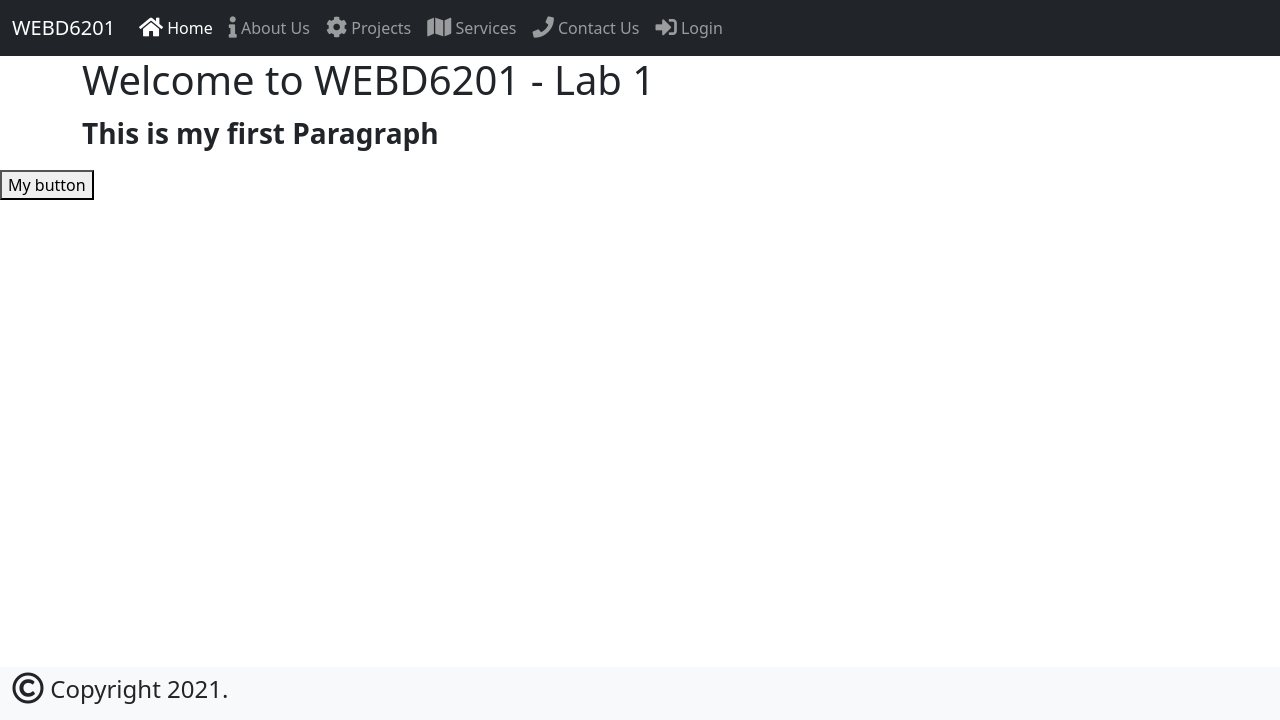
Repository: aphim/webd6201ICE6
Page: indexold.html
These files come from the project's save history. The page is drawn as it stood at one moment and after the next save; the edit follows.
The browser window is 1280 px wide. The pictures show the whole page.

Above is the page before, as saved 2021-03-03 08:34:00.

After the next save:
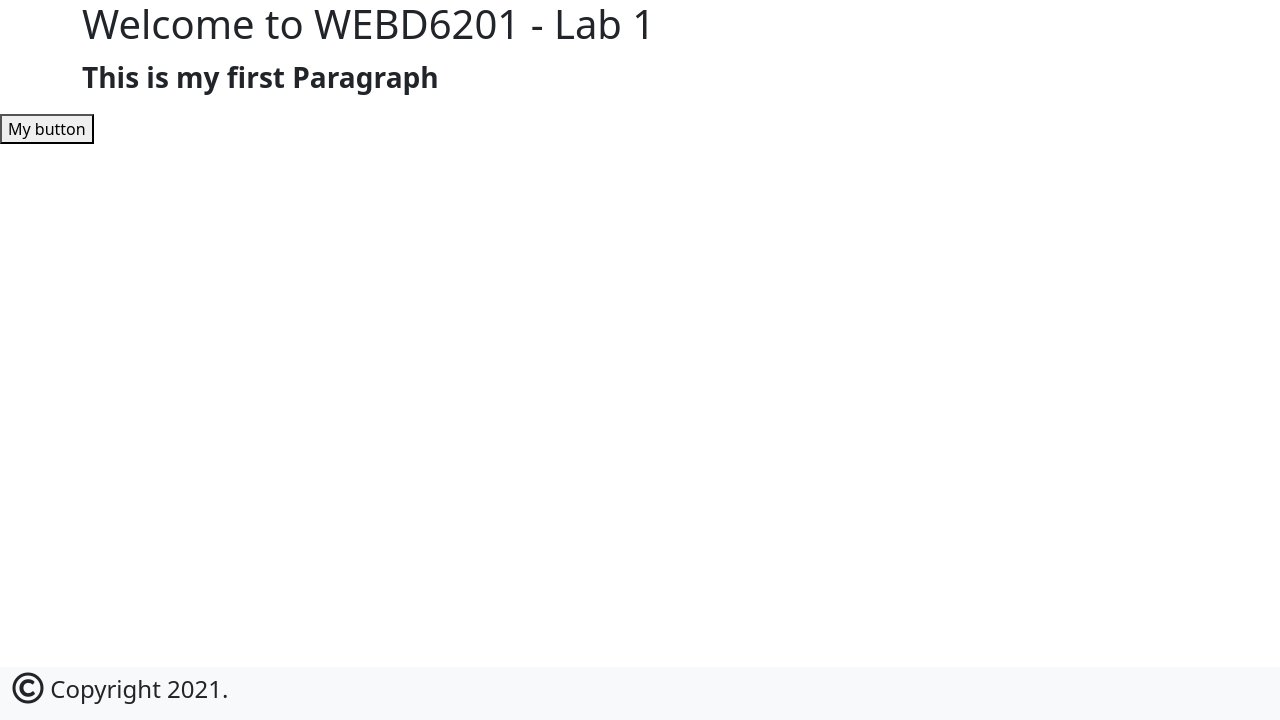
Saved 56 s later.
--- a/indexold.html
+++ b/indexold.html
@@ -11,44 +11,7 @@
 </head>
 <body>
     <!-- Main Header -->
-    <header>
-        <!-- Main Navigation -->
-        <nav class="navbar navbar-expand-lg navbar-dark bg-dark">
-            <div class="container-fluid">
-              <a class="navbar-brand" href="index.html">WEBD6201</a>
-              <button class="navbar-toggler" type="button" data-bs-toggle="collapse" data-bs-target="#navbarSupportedContent" aria-controls="navbarSupportedContent" aria-expanded="false" aria-label="Toggle navigation">
-                <span class="navbar-toggler-icon"></span>
-              </button>
-              <div class="collapse navbar-collapse" id="navbarSupportedContent">
-                <ul class="navbar-nav me-auto mb-2 mb-lg-0">
-                  <li class="nav-item">
-                    <a class="nav-link active" aria-current="page" href="index.html"><i class="fas fa-home fa-lg"></i> Home</a>
-                  </li>
-
-                  <li class="nav-item">
-                    <a class="nav-link" aria-current="page" href="about.html"><i class="fas fa-info fa-lg"></i> About Us</a>
-                  </li>
-
-                  <li class="nav-item">
-                    <a class="nav-link" aria-current="page" href="projects.html"><i class="fas fa-cog fa-lg"></i> Projects</a>
-                  </li>
-
-                  <li class="nav-item">
-                    <a class="nav-link" aria-current="page" href="services.html"><i class="fas fa-map fa-lg"></i> Services</a>
-                  </li>
-
-                  <li class="nav-item">
-                    <a class="nav-link" aria-current="page" href="contact.html"><i class="fas fa-phone fa-lg"></i> Contact Us</a>
-                  </li>
-
-                  <li id="login" class="nav-item">
-                    <a class="nav-link" aria-current="page" href="login.html"><i class="fas fa-sign-in-alt fa-lg"></i> Login</a>
-                  </li>
-                </ul>
-              </div>
-            </div>
-          </nav>
-    </header>
+    <header></header>
 
     <!-- Main Content -->
     <main class="container">
